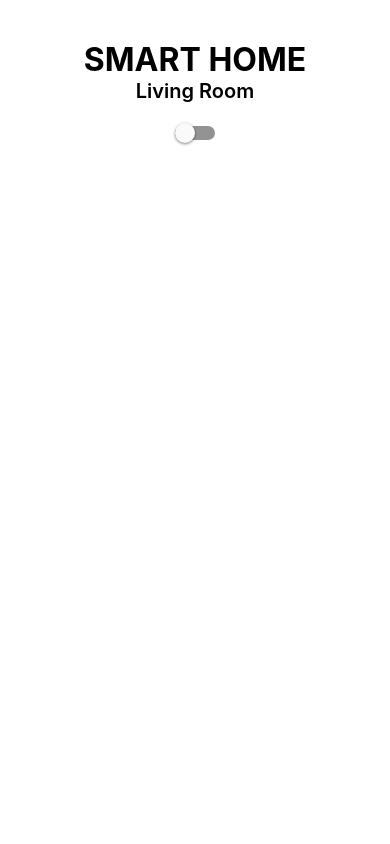
Repository: NQD2308/CNTT3
Screen: / (app in Week 5/home work/ListThietBi/)
An editor plug-in stored every save of this project. The screen is shown before and after a run of saves, followed by the edit.
The app was drawn by React Native's web renderer in a window 390 px wide. The project was rebuilt for these pictures with package versions that can differ from the ones it lists, and the page was loaded fresh each time.

Above is the screen before, as saved 2024-04-11 22:33:30.

After the next 3 saves:
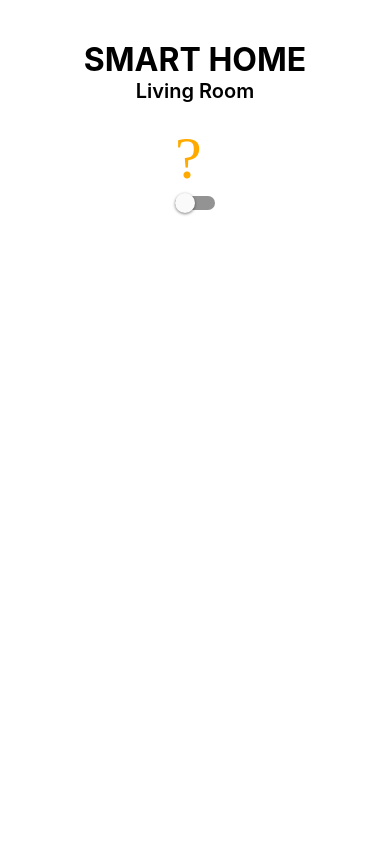
The 3 saves are shown as one change because 1 did not build or start and some came seconds apart.
The last was saved 25 s later.
--- a/Week 5/home work/ListThietBi/App.js
+++ b/Week 5/home work/ListThietBi/App.js
@@ -10,7 +10,7 @@ export default function App() {
       <Text style={styles.headerLittleText}>Living Room</Text>
       <View>
         <View>
-
+        <F5Icon name="v" size={60} color={'#ffaa00'} />
         </View>
         <Switch/>
       </View>
